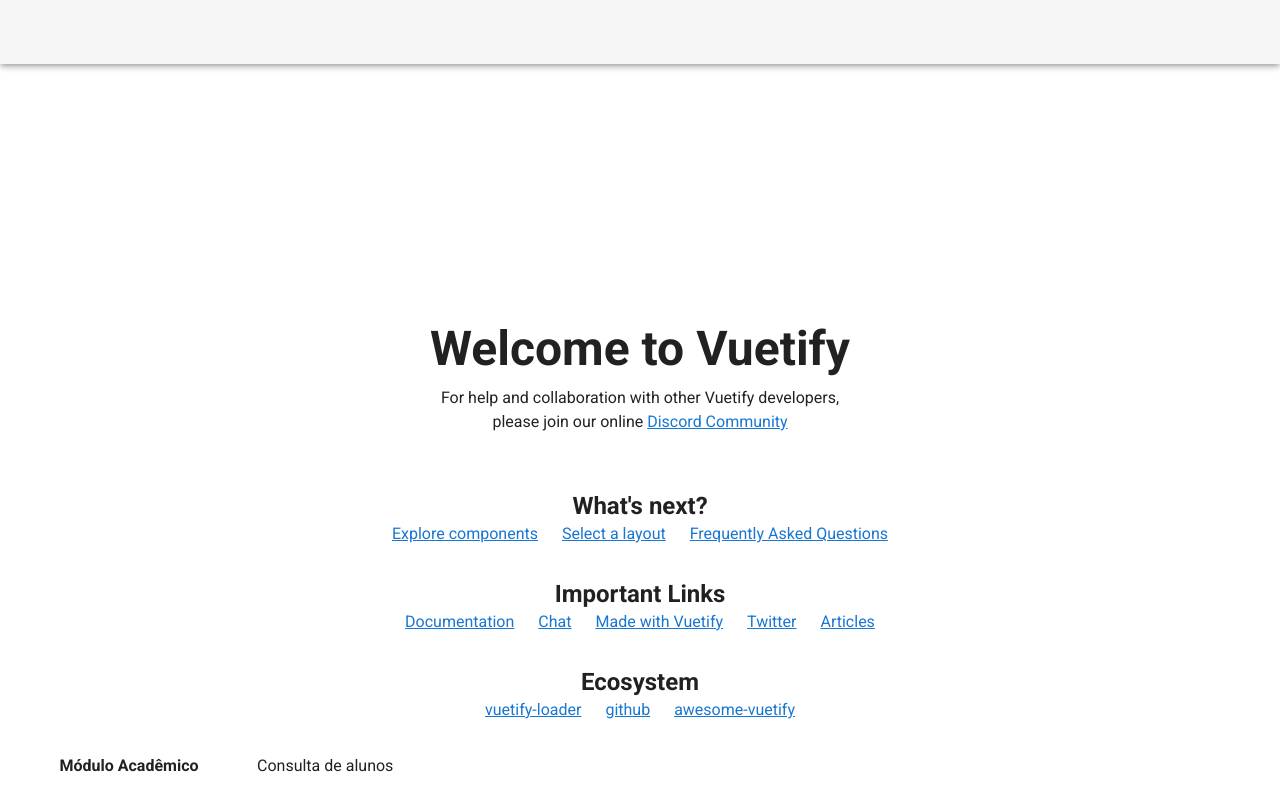
Repository: sergiohidekiono/vue-student
Page: /
An editor plug-in stored every save of this project. The page is shown before and after the next save, followed by the edit.
The browser window is 1280 px wide. The pictures show the whole page.
The project was rebuilt for these pictures with package versions that can differ from the ones it lists, and the page was loaded fresh each time. Also part of the build but not shown: vue.config.js.

Above is the page before, as saved 2024-08-07 09:10:08.

### src/App.vue
<template>
  <v-app>
    <v-app-bar >
      <div class="d-flex align-center">
        <v-img :src="require('./assets/logo.png')" class="my-3" contain height="200" />
      </div>
    </v-app-bar>

    <v-main>
      <HelloWorld />
      <StudentList />
    </v-main>

  </v-app>
</template>

<script>
import HelloWorld from './components/HelloWorld';
import StudentList from './components/student-list';

export default {
  name: 'App',

  components: {
    HelloWorld,
    StudentList,
  },

  data: () => ({
    //
  }),
};
</script>

### src/components/HelloWorld.vue
<template>
  <v-container>
    <v-row class="text-center">
      <v-col cols="12">
        <v-img :src="require('../assets/logo.png')" class="my-3" contain height="200" />
      </v-col>

      <v-col class="mb-4">
        <h1 class="display-2 font-weight-bold mb-3">
          Welcome to Vuetify
        </h1>

        <p class="subheading font-weight-regular">
          For help and collaboration with other Vuetify developers,
          <br>please join our online
          <a href="https://community.vuetifyjs.com" target="_blank">Discord Community</a>
        </p>
      </v-col>

      <v-col class="mb-5" cols="12">
        <h2 class="headline font-weight-bold mb-3">
          What's next?
        </h2>

        <v-row justify="center">
          <a v-for="(next, i) in whatsNext" :key="i" :href="next.href" class="subheading mx-3" target="_blank">
            {{ next.text }}
          </a>
        </v-row>
      </v-col>

      <v-col class="mb-5" cols="12">
        <h2 class="headline font-weight-bold mb-3">
          Important Links
        </h2>

        <v-row justify="center">
          <a v-for="(link, i) in importantLinks" :key="i" :href="link.href" class="subheading mx-3" target="_blank">
            {{ link.text }}
          </a>
        </v-row>
      </v-col>

      <v-col class="mb-5" cols="12">
        <h2 class="headline font-weight-bold mb-3">
          Ecosystem
        </h2>

        <v-row justify="center">
          <a v-for="(eco, i) in ecosystem" :key="i" :href="eco.href" class="subheading mx-3" target="_blank">
            {{ eco.text }}
          </a>
        </v-row>
      </v-col>
    </v-row>
  </v-container>
</template>

<script>
export default {
  name: 'HelloWorld',

  data: () => ({
    ecosystem: [
      {
        text: 'vuetify-loader',
        href: 'https://github.com/vuetifyjs/vuetify-loader',
      },
      {
        text: 'github',
        href: 'https://github.com/vuetifyjs/vuetify',
      },
      {
        text: 'awesome-vuetify',
        href: 'https://github.com/vuetifyjs/awesome-vuetify',
      },
    ],
    importantLinks: [
      {
        text: 'Documentation',
        href: 'https://vuetifyjs.com',
      },
      {
        text: 'Chat',
        href: 'https://community.vuetifyjs.com',
      },
      {
        text: 'Made with Vuetify',
        href: 'https://madewithvuejs.com/vuetify',
      },
      {
        text: 'Twitter',
        href: 'https://twitter.com/vuetifyjs',
      },
      {
        text: 'Articles',
        href: 'https://medium.com/vuetify',
      },
    ],
    whatsNext: [
      {
        text: 'Explore components',
        href: 'https://vuetifyjs.com/components/api-explorer',
      },
      {
        text: 'Select a layout',
        href: 'https://vuetifyjs.com/getting-started/pre-made-layouts',
      },
      {
        text: 'Frequently Asked Questions',
        href: 'https://vuetifyjs.com/getting-started/frequently-asked-questions',
      },
    ],
  }),
}
</script>

### src/components/student-list.vue
<template>
    <v-container>
        <v-row>
            <v-col cols="2" class="font-weight-bold">
                Módulo Acadêmico
            </v-col>
            <v-col cols="10">
                Consulta de alunos
            </v-col>
        </v-row>
    </v-container>
</template>
<script>
</script>

Loaded but not shown: public/index.html (common file); src/main.js (common file); src/plugins/vuetify.js (common file)

After the next save:
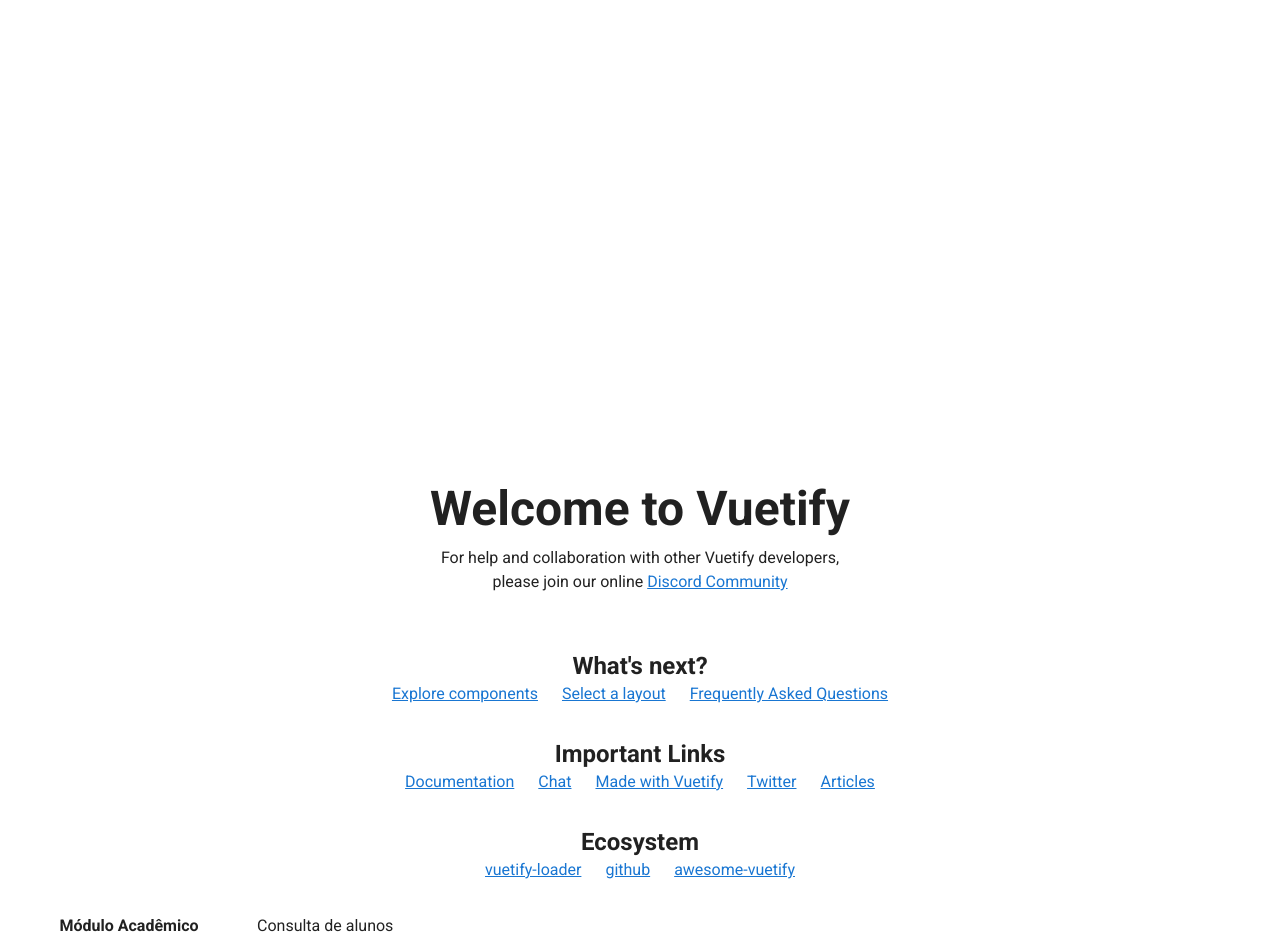
Saved 23 s later.
--- a/src/App.vue
+++ b/src/App.vue
@@ -1,10 +1,8 @@
 <template>
   <v-app>
-    <v-app-bar >
-      <div class="d-flex align-center">
-        <v-img :src="require('./assets/logo.png')" class="my-3" contain height="200" />
-      </div>
-    </v-app-bar>
+    <div class="d-flex align-start">
+      <v-img :src="require('./assets/logo.png')" class="my-3" contain height="200" />
+    </div>
 
     <v-main>
       <HelloWorld />
